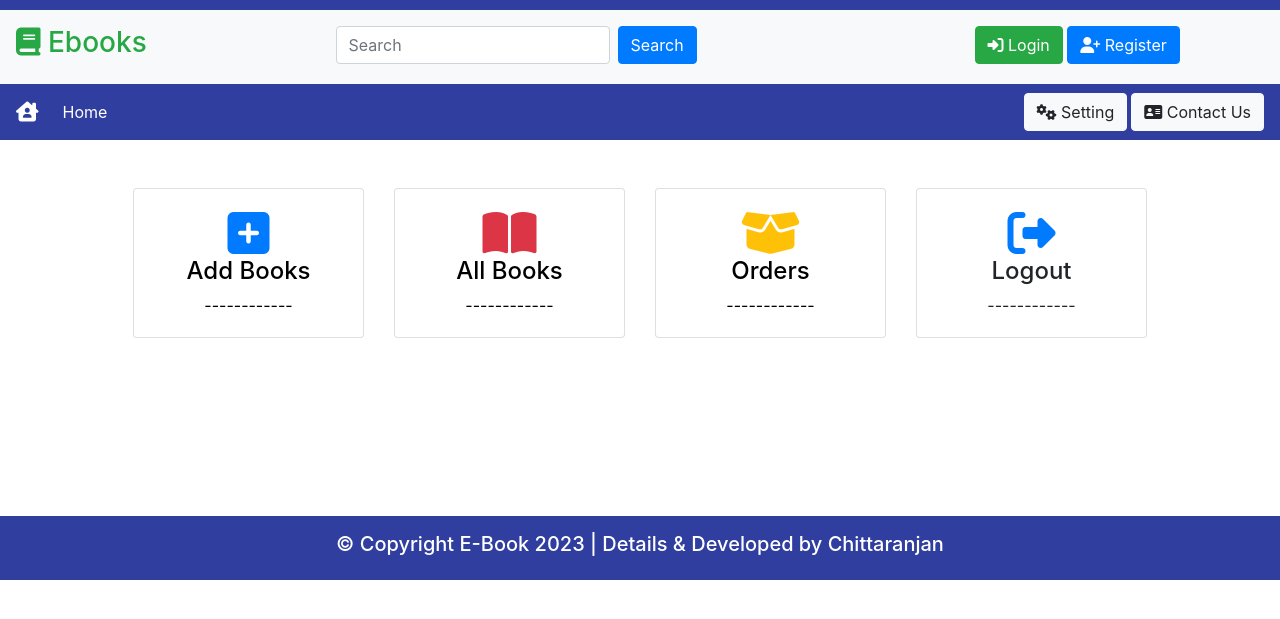
Repository: chittaranjan24/E-Books_Management_System
Page: http://localhost/Ebook-App/admin/home.jsp
An editor plug-in stored every save of this project. The page is shown before and after the next save, followed by the edit.
The browser window is 1280 px wide. The pictures show the whole page.
Some web libraries are served in a nearby version. The page is served by Tomcat 9.

Above is the page before, as saved 2023-08-27 23:39:35.

After the next save:
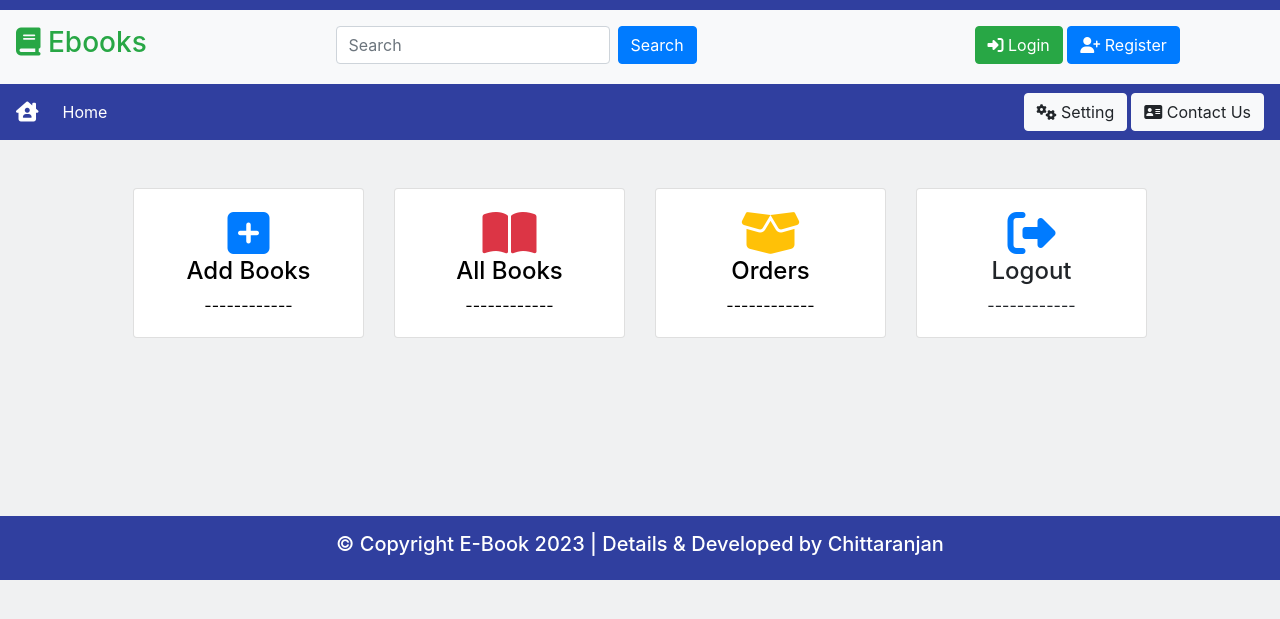
Saved 75 s later.
--- a/Ebook-App/src/main/webapp/admin/home.jsp
+++ b/Ebook-App/src/main/webapp/admin/home.jsp
@@ -21,7 +21,7 @@ a:hover {
 </style>
 
 </head>
-<body>
+<body style="background-color: #f0f1f2;">
 	<%@include file="navbar.jsp"%>
 
 	<div class="container">
